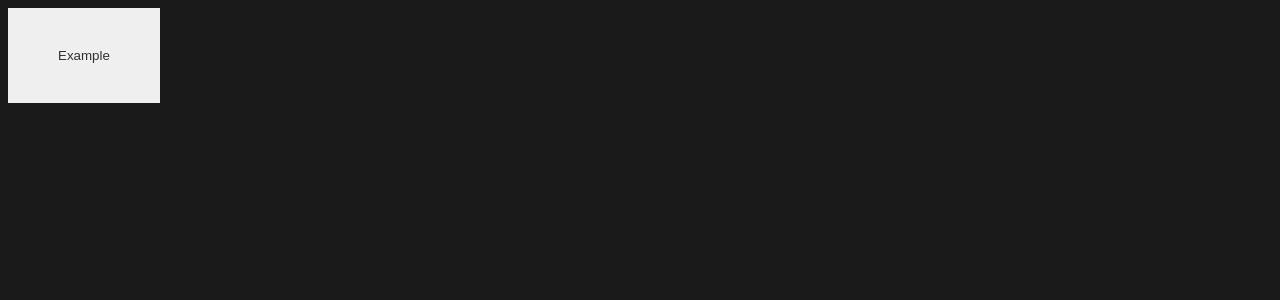
Repository: Folody-Team/Patery-UI
Page: example/index.html
The author's editor kept a copy of each file at every save. The page is drawn from the files as they stood at one save, then again after the next save.
The browser window is 1280 px wide. The pictures show the whole page.

Above is the page before, as saved 2022-01-16 17:52:06.

After the next save:
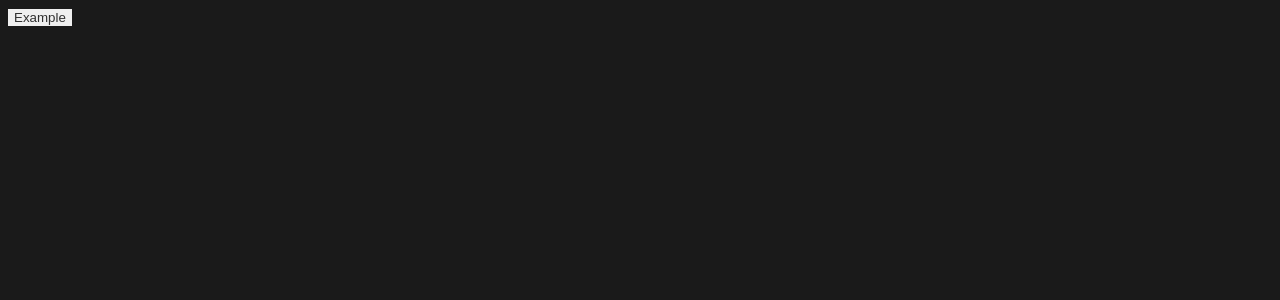
Console error: SyntaxError: Unexpected end of input
Saved 78 min 8 s later.
--- a/patery.js
+++ b/patery.js
@@ -3,6 +3,17 @@
     if (document.body.innerHTML.includes('403 Forbidden')) return;
     // if 404, return
     if (document.title.includes('404')) return;
+    // create a padding element tag
+    document.querySelectorAll('padding').forEach(e => {
+        new Promise(resolve => {
+            e.remove();
+            resolve();
+        }).then(() => {
+            // create a div having the same class as the padding element
+            let div = document.createElement('div');
+            div.className = e.className;
+            document.body.appendChild(div);
+    });
     document.querySelectorAll("*").forEach(function(e) {
         // custom attributes
         if (e.hasAttribute('padV')) {

After the save that followed:
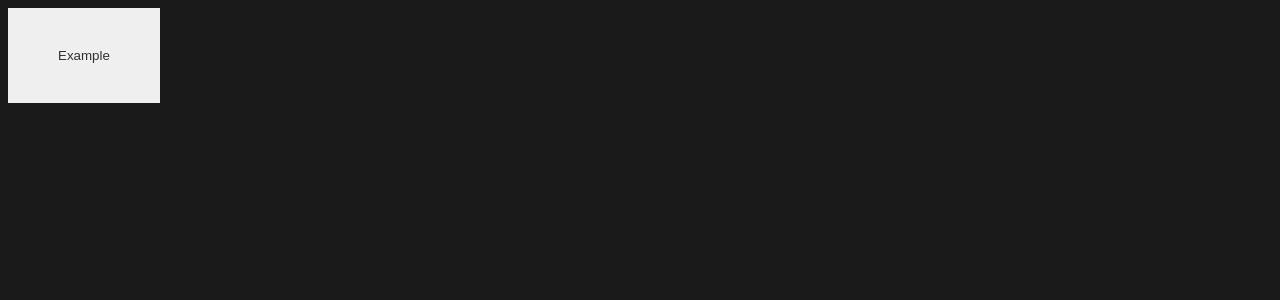
The error is gone.
Saved 9 s later.
--- a/patery.js
+++ b/patery.js
@@ -13,6 +13,8 @@
             let div = document.createElement('div');
             div.className = e.className;
             document.body.appendChild(div);
+
+        });
     });
     document.querySelectorAll("*").forEach(function(e) {
         // custom attributes
